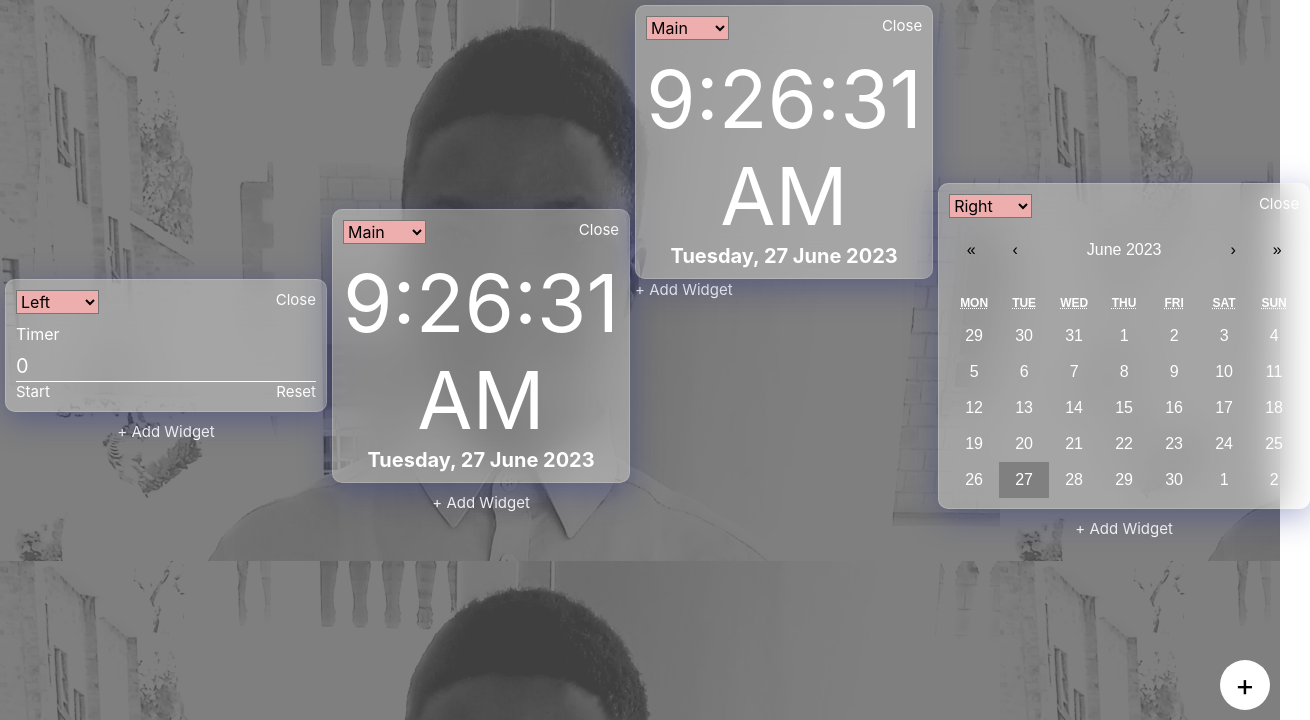
Repository: Angera-Silas/Planner-app
Page: /
An editor plug-in stored every save of this project. The page is shown before and after a run of saves, followed by the edit.
The browser window is 1280 px wide. The page is 1310 px wide, then 1280 px, so the pictures cover 1310 px, including what lies to the right of the window. The pictures show the whole page.
The project was rebuilt for these pictures with package versions that can differ from the ones it lists, and the page was loaded fresh each time. Also part of the build but not shown: src/widgets/ReminderListWidget.js, src/widgets/MyCustomWidget.js, src/modals/WidgetGalleryModal.js.

Above is the page before, as saved 2023-06-27 18:07:44.

### src/index.css
body {
  margin: 0;
  font-family: -apple-system, BlinkMacSystemFont, 'Segoe UI', 'Roboto', 'Oxygen',
    'Ubuntu', 'Cantarell', 'Fira Sans', 'Droid Sans', 'Helvetica Neue',
    sans-serif;
  -webkit-font-smoothing: antialiased;
  -moz-osx-font-smoothing: grayscale;
}

code {
  font-family: source-code-pro, Menlo, Monaco, Consolas, 'Courier New',
    monospace;
}
*,
*::before,
*::after {
 box-sizing: border-box;
}

img,
svg,
video,
canvas,
audio,
iframe,
embed,
object {
 display: block;
 max-width: 100%;
}

input,
button,
textarea,
select {
 font: inherit;
 color: black;
}

* {
 margin: 0;
 padding: 0;
 box-sizing: border-box;
 font: inherit;
 color: white;
}

/* width */
::-webkit-scrollbar {
 width: 10px;
}

/* Track */
::-webkit-scrollbar-track {
 background: #363636;
}

/* Handle */
::-webkit-scrollbar-thumb {
 background: #777;
}

/* Handle on hover */
::-webkit-scrollbar-thumb:hover {
 background: #1e1e1e;
}

### src/App.js
import React, { useState } from 'react';
import './App.css';
import ClockWidget from './widgets/ClockWidget';
import WidgetGalleryModal from './modals/WidgetGalleryModal';
import Draggable from 'react-draggable';
import TimerWidget from './widgets/TimerWidget';
import CalendarWidget from './widgets/CalendarWidget';
import MyCustomWidget from './widgets/MyCustomWidget';

function App() {
 const [widgets, setWidgets] = useState([
  { id: new Date().getTime(), component: <ClockWidget />, area: 'main-widget', name: "Date and Time" },
  { id: new Date().getTime() + 2, component: <CalendarWidget />, area: 'right-widget', name: "Calendar" },
  { id: new Date().getTime() + 1, component: <TimerWidget />, area: 'left-widget', name:"Timer" },
  { id: new Date().getTime(), component: <MyCustomWidget/>,area:'center-widget',name:"Stopwatch"},
 ])
 const [showWidgetModal, setShowWidgetModal] = useState(false)
 const [selectedWidgetArea, setSelectedWidgetArea] = useState('')

 const removeWidget = (index) => {
  try {
   setWidgets(widgets.filter(widget => widget.id !== index))
  } catch (error) {
   console.log(error)
  }
 }

 return (
  <>
   {showWidgetModal && <WidgetGalleryModal setShowWidgetModal={setShowWidgetModal} selectedWidgetArea={selectedWidgetArea} widgets={widgets} setWidgets={setWidgets} />}
   <div className="add-button"
    onClick={() => {
     console.log('add button clicked')
     setShowWidgetModal(true)
     setSelectedWidgetArea('none-widget')
    }}
   >
    <p
     className='add-widget-button'
     style={{ background: "none", border: "none", color: "black", fontSize: "30px", cursor: "pointer", backgroundColor: "white", borderRadius: "50%", width: "50px", display: "flex", justifyContent: "center", alignItems: "center", height: "50px", position: "fixed", bottom: "10px", right: "10px" }}
    >+</p>
   </div>
   <div className='none-widget' >
    {widgets.length > 0 && widgets.map((widget, index) => {
     if (widget.area === 'none-widget') {
      return (
       <Draggable>
            <div style={{ padding: 10,}} className='widget-container' >
             <div style={{ marginBottom: 10 }}>
              <select value={widget.area}
               onChange={(e) => {
                let widgetList = [...widgets]
                widgetList[index].area = e.target.value
                setWidgets(widgetList)
               }}
              >
               <option value="none-widget">Floating</option>
               <option value="left-widget">Left</option>
               <option value="main-widget">Main</option>
               <option value="right-widget">Right</option>
              </select>
              <button
               onClick={() => {
                removeWidget(widget.id)
               }}
               style={{ background: "none", border: "none", color: "white", fontSize: "15px", cursor: "pointer", float: "right" }}
              >Close</button>
             </div>
             {widget.component}
            </div>
       </Draggable>
      )
     }
    })}
   </div>
   <div className="App">
    <div className="container">
     <div className='left-widget'>
      {widgets.length > 0 && widgets.map((widget, index) => {
       if (widget.area === 'left-widget') {
        return (
         <div style={{ padding: 10,}} className='widget-container'>
          <div style={{ marginBottom: 10 }}>
           <select value={widget.area}
            onChange={(e) => {
             let widgetList = [...widgets]
             widgetList[index].area = e.target.value
             setWidgets(widgetList)
            }}
           >
            <option value="none-widget">Floating</option>
            <option value="left-widget">Left</option>
            <option value="main-widget">Main</option>
            <option value="right-widget">Right</option>
           </select>
           <button
            onClick={() => {
             removeWidget(widget.id)
            }}
            style={{ background: "none", border: "none", color: "white", fontSize: "15px", cursor: "pointer", float: "right" }}
           >Close</button>
          </div>
          {widget.component}
         </div>
        )
       }
      })}
      {widgets.filter(widget => widget.area === 'left-widget').length < 3 && widgets.filter(widget => widget.area === 'left-widget').length > 0 &&
       <button
        className='add-widget-button'
        onClick={() => {
         setShowWidgetModal(true)
         setSelectedWidgetArea('left-widget')
        }}>+ Add Widget</button>
      }
     </div>
     <div className='main-widget'>
      {widgets.length > 0 && widgets.map((widget, index) => {
       if (widget.area === 'main-widget') {
        return (
         <div style={{ padding: 10,}} className='widget-container' >
          <div style={{ marginBottom: 10 }}>
           <select value={widget.area}
            onChange={(e) => {
             let widgetList = [...widgets]
             widgetList[index].area = e.target.value
             setWidgets(widgetList)
            }}
           >
            <option value="none-widget">Floating</option>
            <option value="left-widget">Left</option>
            <option value="main-widget">Main</option>
            <option value="right-widget">Right</option>
           </select>
           <button
            onClick={() => {
             removeWidget(widget.id)
            }}
            style={{ background: "none", border: "none", color: "white", fontSize: "15px", cursor: "pointer", float: "right" }}
           >Close</button>
          </div>
          {widget.component}
         </div>
        )
       }
      })}
      {widgets.filter(widget => widget.area === 'main-widget').length < 2 &&
       <button
        className='add-widget-button'
        onClick={() => {
         setShowWidgetModal(true)
         setSelectedWidgetArea('main-widget')
        }}>+ Add Widget</button>
      }
     </div>
     <div className='center-widget'>
      {widgets.length > 0 && widgets.map((widget, index) => {
       if (widget.area === 'main-widget') {
        return (
         <div style={{ padding: 10,}} className='widget-container' >
          <div style={{ marginBottom: 10 }}>
           <select value={widget.area}
            onChange={(e) => {
             let widgetList = [...widgets]
             widgetList[index].area = e.target.value
             setWidgets(widgetList)
            }}
           >
            <option value="none-widget">Floating</option>
            <option value="left-widget">Left</option>
            <option value="main-widget">Main</option>
            <option value="right-widget">Right</option>
           </select>
           <button
            onClick={() => {
             removeWidget(widget.id)
            }}
            style={{ background: "none", border: "none", color: "white", fontSize: "15px", cursor: "pointer", float: "right" }}
           >Close</button>
          </div>
          {widget.component}
         </div>
        )
       }
      })}
      {widgets.filter(widget => widget.area === 'main-widget').length < 2 &&
       <button
        className='add-widget-button'
        onClick={() => {
         setShowWidgetModal(true)
         setSelectedWidgetArea('main-widget')
        }}>+ Add Widget</button>
      }
     </div>
     <div className='right-widget'>
      {widgets.length > 0 && widgets.map((widget, index) => {
       if (widget.area === 'right-widget') {
        return (
         <div style={{ padding: 10,}} className='widget-container'>
          <div style={{ marginBottom: 10 }}>
           <select value={widget.area}
            onChange={(e) => {
             let widgetList = [...widgets]
             widgetList[index].area = e.target.value
             setWidgets(widgetList)
            }}
           >
            <option value="none-widget">Floating</option>
            <option value="left-widget">Left</option>
            <option value="main-widget">Main</option>
            <option value="right-widget">Right</option>
           </select>
           <button
            onClick={() => {
             removeWidget(widget.id)
            }}
            style={{ background: "none", border: "none", color: "white", fontSize: "15px", cursor: "pointer", float: "right" }}
           >Close</button>
          </div>
          {widget.component}
         </div>
        )
       }
      })}
      {widgets.filter(widget => widget.area === 'right-widget').length < 3 && widgets.filter(widget => widget.area === 'right-widget').length > 0 &&
       <button
        className='add-widget-button'
        onClick={() => {
         setShowWidgetModal(true)
         setSelectedWidgetArea('right-widget')
        }}>+ Add Widget</button>
      }
     </div>
    </div>
   </div>
  </>
 )
}

export default App;

### src/App.css
.App {
  background: url("background.jpg");
  height: 100vh;
  display: flex;
  justify-content: flex-start;
  align-items: center;
  width: 100%;

}

.container {
  display: flex;
  flex-direction: row;
  align-items: flex-start;
  justify-content: space-between;
  gap: 5px;
  width: 100vw;
  padding: 5px;
  max-height: 100vh;
  height: 100%;

}

.item {
  background-color: rgba(255, 255, 255, 0.8);
  border: 1px solid rgba(0, 0, 0);
  padding: 20px;
  font-size: 30px;
  text-align: center;
}

.time {
  font-size: 80px;
  color: white;
  text-align: center;
}

.date {
  font-size: 20px;
  color: white;
  text-align: center;
  font-weight: bold;
}

.add-widget-button {
  background-color: transparent;
  color: white;
  border: none;
  font-size: 15px;
  text-align: center;
  cursor: pointer;
}

.add-widget-button:hover {
  color: #1e1e1e;
}

.right-widget,
.left-widget,
.main-widget {
  display: flex;
  justify-content: center;
  align-items: center;
  flex-direction: column;
  gap: 10px;
  height: 100%;
  max-width: 500px;
}

.none-widget {
  position: fixed;
  /* height: 100vh;
  width: 100vw; */
  top: 0px;
  left: 0px;
}

select {
 background-color: #efaeae;
}

/* Modal */
.modal {
  position: fixed;
  z-index: 1;
  padding-top: 100px;
  left: 0;
  top: 0;
  width: 100vw;
  height: 100vh;
  overflow: auto;
  background-color: rgb(0, 0, 0, 0.4);
}

.modal-content {
  background-color: #183A37;
  margin: auto;
  padding: 20px;
  width: 50%;
  max-height: 50vh;
  overflow: scroll;
}

.modal-header {
  display: flex;
  justify-content: space-between;
  align-items: flex-start;
}

.modal-header h2 {
  color: white;
  font-weight: bold;
  font-size: 25px;
}

.row {
  display: flex;
  justify-content: space-between;
  align-items: center;
  gap: 10px;
}

.widget-gallery-item {
  color: black;
  border: 1px solid white;
  padding: 10px;
  margin-bottom: 10px;
}

.text-input {
  outline: none;
  border: none;
  border-bottom: 1px solid white;
  width: 100%;
  background-color: transparent;
  color: white;
  font-size: 20px;
  margin-top: 10px;
  padding-bottom: 3px;
}

.widget-container {
  background: rgba(255, 255, 255, 0.3);
  box-shadow: 0 8px 32px 0 rgba(31, 38, 135, 0.37);
  backdrop-filter: blur(20px);
  -webkit-backdrop-filter: blur(20px);
  border-radius: 10px;
  border: 1px solid rgba(255, 255, 255, 0.18);

}

.widget-gallery-item-name{
  font-size: 20px;
  font-weight: bold;
  margin-bottom: 10px;
}
.stopwatch {
 width: 100%;
 font-size: 20px;
 color: white;
 font-weight: bold;
}

### src/widgets/ClockWidget.js
import React, { useEffect, useState } from 'react'

export default function ClockWidget() {
  const [time, setTime] = useState(new Date().toLocaleTimeString())
  const [date, setDate] = useState(new Date())
  useEffect(() => {
    const interval = setInterval(() => {
      setTime(new Date().toLocaleTimeString())
      setDate(new Date())
    }, 1000)
    return () => clearInterval(interval)
  }, [])

  const tidyDate = (date) => {
    const dateArray = date
    const day = dateArray.getDay()
    const dateNumber = dateArray.getDate()
    const month = dateArray.getMonth() + 1
    const year = dateArray.getFullYear()

    const days = ['Sunday', 'Monday', 'Tuesday', 'Wednesday', 'Thursday', 'Friday', 'Saturday']
    const months = ['January', 'February', 'March', 'April', 'May', 'June', 'July', 'August', 'September', 'October', 'November', 'December']

    return `${days[day]}, ${dateNumber} ${months[month - 1]} ${year}`

  }

  return (
    <div>
      <p className='time'>{time}</p>
      <p className='date'>{tidyDate(date)}</p>
    </div>
  )
}

### src/widgets/TimerWidget.js
import React, { useEffect, useState } from 'react'

export default function TimerWidget() {
  const [timerListData, setTimerListData] = useState({
    time: 0,
    isRunning: false,
  })

  const tidyTime = (time) => {
    let hours = Math.floor(time / 3600)
    let minutes = Math.floor((time - (hours * 3600)) / 60)
    let seconds = time - (hours * 3600) - (minutes * 60)

    if (hours < 10) { hours = "0" + hours }
    if (minutes < 10) { minutes = "0" + minutes }
    if (seconds < 10) { seconds = "0" + seconds }

    return hours + ':' + minutes + ':' + seconds
  }

  useEffect(() => {
    // timer logic
    let interval = null
    if (timerListData.isRunning && timerListData.time > 0) {
      interval = setInterval(() => {
        setTimerListData({
          ...timerListData,
          time: parseInt(timerListData.time) - 1,
        })
      }, 1000)
    } else if (!timerListData.isRunning && timerListData.time !== 0) {
      setTimerListData({
        ...timerListData,
        isRunning: false,
      })
      clearInterval(interval)
    } else if (timerListData.isRunning && timerListData.time === 0) {
      setTimerListData({
        ...timerListData,
        isRunning: false,
      })
      clearInterval(interval)
      alert('Timer is up!')
    }

      return () => clearInterval(interval)
  }, [timerListData.isRunning, timerListData.time])

  return (
    <div style={{ minWidth: 300 }}>
      <div style={{ display: "flex", justifyContent: "space-between", alignItems: "row" }}>
        <p>Timer</p>
      </div>
      <div className='timer-container'>
        <div className='timer-display'>
          {timerListData.isRunning ?
            <p style={{ textAlign: "center", fontWeight: "bold", fontSize: 20 }}>{tidyTime(timerListData.time)}</p>
            :
            <input type="text" className='text-input' value={timerListData.time} onChange={(e) => {
              setTimerListData({
                ...timerListData,
                time: e.target.value,
              })
            }} />
          }
        </div>
        <div className='timer-controls' style={{ display: "flex", justifyContent: "space-between", alignItems: "center", }}>
          <button
            style={{
              background: "none",
              border: "none",
              color: "white",
              fontSize: "15px",
              cursor: "pointer",
            }}
            onClick={() => {
              setTimerListData({
                ...timerListData,
                isRunning: !timerListData.isRunning,
              })
            }}
          >{timerListData.isRunning ? 'Stop' : 'Start'}</button>
          <button
            style={{
              background: "none",
              border: "none",
              color: "white",
              fontSize: "15px",
              cursor: "pointer",
            }}
            onClick={() => {
              setTimerListData({
                ...timerListData,
                time: 0,
              })
            }}
          >Reset</button>
        </div>
      </div>
    </div>
  )
}

### src/styles/styles.css
.react-calendar {
  width: 350px;
  max-width: 100%;
  background: transparent;
  font-family: Arial, Helvetica, sans-serif;
  line-height: 1.125em;
}

.react-calendar--doubleView {
  width: 700px;
}

.react-calendar--doubleView .react-calendar__viewContainer {
  display: flex;
  margin: -0.5em;
}

.react-calendar--doubleView .react-calendar__viewContainer > * {
  width: 50%;
  margin: 0.5em;
}

.react-calendar,
.react-calendar *,
.react-calendar *:before,
.react-calendar *:after {
  -moz-box-sizing: border-box;
  -webkit-box-sizing: border-box;
  box-sizing: border-box;
}

.react-calendar button {
  margin: 0;
  border: 0;
  outline: none;
}

.react-calendar button:enabled:hover {
  cursor: pointer;
}

.react-calendar__navigation {
  display: flex;
  height: 44px;
  margin-bottom: 1em;
}

.react-calendar__navigation button {
  min-width: 44px;
  background: none;
}

.react-calendar__navigation button:disabled {
  background-color: #f0f0f0;
}

.react-calendar__navigation button:enabled:hover,
.react-calendar__navigation button:enabled:focus {
  background-color: #e6e6e6;
}

.react-calendar__month-view__weekdays {
  text-align: center;
  text-transform: uppercase;
  font-weight: bold;
  font-size: 0.75em;
}

.react-calendar__month-view__weekdays__weekday {
  padding: 0.5em;
}

.react-calendar__month-view__weekNumbers .react-calendar__tile {
  display: flex;
  align-items: center;
  justify-content: center;
  font-size: 0.75em;
  font-weight: bold;
}

.react-calendar__month-view__days__day--weekend {
  color: #d10000;
}

.react-calendar__month-view__days__day--neighboringMonth {
  color: #757575;
}

.react-calendar__year-view .react-calendar__tile,
.react-calendar__decade-view .react-calendar__tile,
.react-calendar__century-view .react-calendar__tile {
  padding: 2em 0.5em;
}

.react-calendar__tile {
  max-width: 100%;
  padding: 10px 6.6667px;
  background: none;
  text-align: center;
  line-height: 16px;
}

.react-calendar__tile:disabled {
  background-color: #f0f0f0;
}

.react-calendar__tile:enabled:hover,
.react-calendar__tile:enabled:focus {
  background-color: #e6e6e6;
}

.react-calendar__tile--now {
  background: gray;
}

.react-calendar__tile--now:enabled:hover,
.react-calendar__tile--now:enabled:focus {
  background: gray;
}

.react-calendar__tile--hasActive {
  background: #76baff;
}

.react-calendar__tile--hasActive:enabled:hover,
.react-calendar__tile--hasActive:enabled:focus {
  background: #a9d4ff;
}

.react-calendar__tile--active {
  background: #006edc;
  color: white;
}

.react-calendar__tile--active:enabled:hover,
.react-calendar__tile--active:enabled:focus {
  background: #1087ff;
}

.react-calendar--selectRange .react-calendar__tile--hover {
  background-color: #e6e6e6;
}

Loaded but not shown: public/index.html (common file); src/index.js (common file); src/reportWebVitals.js (common file); src/widgets/CalendarWidget.js (common file)

After the next 3 saves:
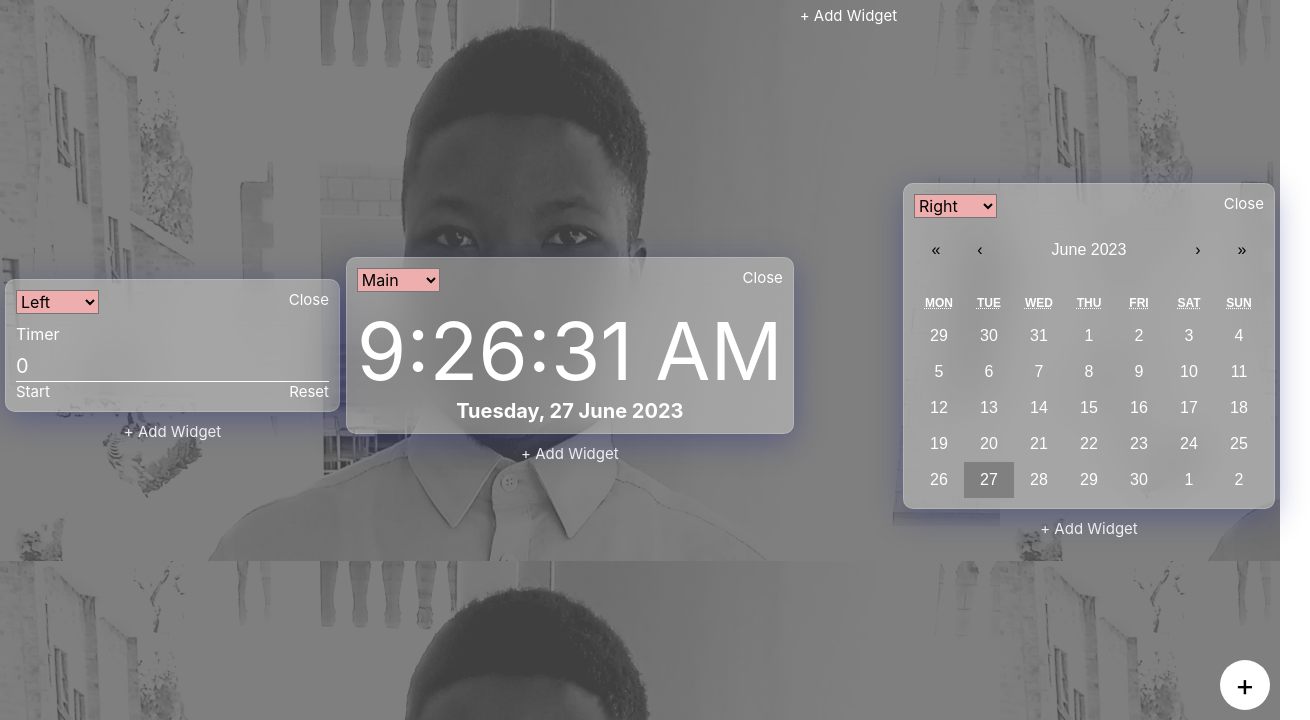
The 3 saves are shown as one change because 1 did not build or start and some came seconds apart.
The last was saved 18 s later.
--- a/src/App.js
+++ b/src/App.js
@@ -155,7 +155,7 @@ function App() {
      </div>
      <div className='center-widget'>
       {widgets.length > 0 && widgets.map((widget, index) => {
-       if (widget.area === 'main-widget') {
+       if (widget.area === '-widget') {
         return (
          <div style={{ padding: 10,}} className='widget-container' >
           <div style={{ marginBottom: 10 }}>
